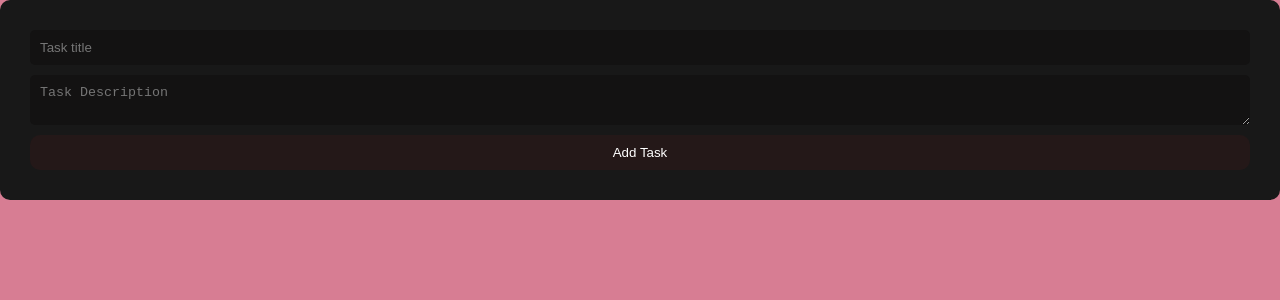
Repository: Sandeepji-5/Kanban-board
Page: index.html
The author's editor kept a copy of each file at every save. The page is drawn from the files as they stood at one save, then again after the next save.
The browser window is 1280 px wide. The pictures show the whole page.

Above is the page before, as saved 2025-12-09 15:20:22.

After the next save:
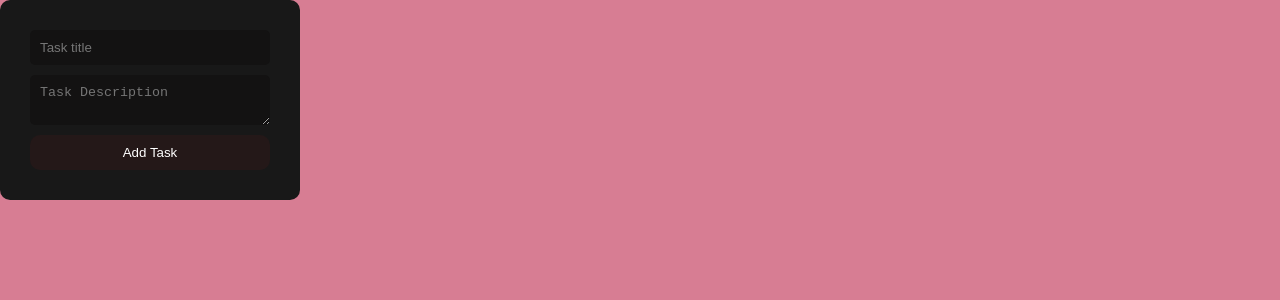
Saved 13 s later.
--- a/style.css
+++ b/style.css
@@ -167,6 +167,8 @@ section .task-column .task button{
     gap: var(--padding-m);
     position: relative;
     z-index: 10;
+    height: fit-content;
+    width: 300px;
 
 }
 
